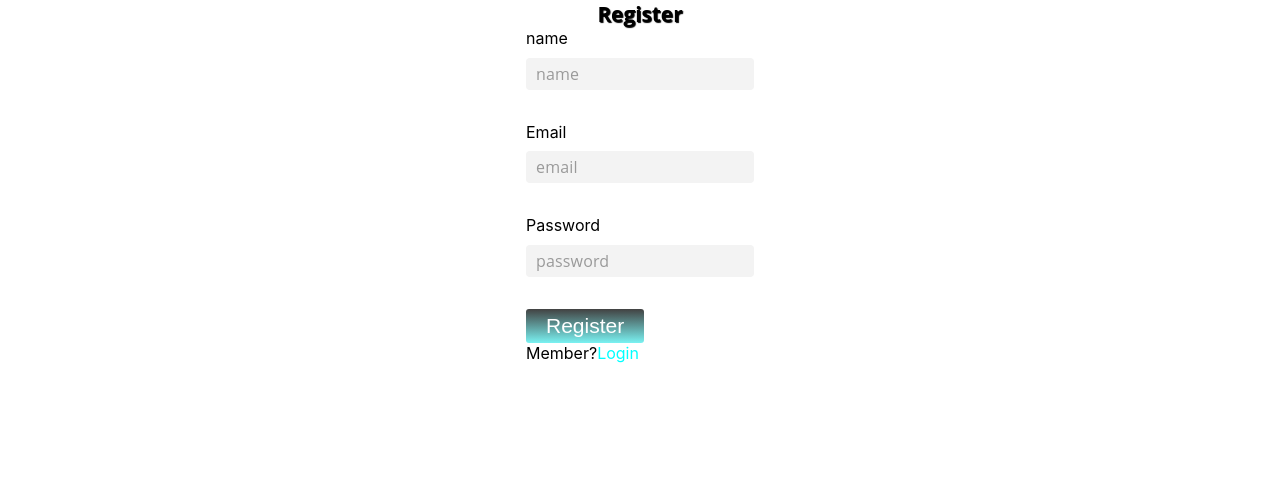
Repository: CSituma/React-Express-Form-Logic
Page: /register (app in client/)
An editor plug-in stored every save of this project. The page is shown before and after the next save, followed by the edit.
The browser window is 1280 px wide. The pictures show the whole page.
The project was rebuilt for these pictures with package versions that can differ from the ones it lists, and the page was loaded fresh each time. Also part of the build but not shown: client/src/components/login/login.jsx, client/src/components/login/dashboard.jsx.

Above is the page before, as saved 2020-11-30 14:49:19.

### client/src/App.jsx
import React from 'react'
import Login from "./components/login/login"
import Dashboard from "./components/login/dashboard"
import Register from "./components/login/register"

import {BrowserRouter as Router, Switch,Route} from "react-router-dom";

const App =()=> {



    return (
      <Router>
        <Switch>

        <Route path='/' exact component={Login}/>
        <Route path='/dashboard' exact component={Dashboard}/>
        <Route path='/register' exact component={Register}/>


       </Switch>
      </Router>
    )

}

export default App;

### client/src/components/login/register.jsx
import React, { Component } from "react";
import "./style.scss";
import axios from "axios";
import {Link} from "react-router-dom"
import {TextField} from "@material-ui/core"



export default class Register extends Component {


state = {
username:"",
usernameerror:"",
email:"",
emailerror:"",
password:"",
passworderror:"",
errors:'',

  }

handleChange = (e) =>{

  this.setState({[e.target.name]:e.target.value})


  }

validatefields = () =>{
  let errors = {}
  let isError = false

  if (!this.state.username.trim()) {
    isError = true;
    errors.username= 'Username is required';
  }
   else if (!/^[A-Za-z]+/.test(this.state.username.trim())) {
     isError = true
    errors.username = 'Enter a valid name';
  }


  if (!this.state.email) {
    isError = true;
    errors.email = 'Email is required';
  }
  else if (!/\S+@\S+\.\S+/.test(this.state.email)) {
    isError = true;
    errors.email = 'Email address is invalid';
  }

  if (!this.state.password.trim()) {
    isError = true;
    errors.password = 'Password is required';
  }
   else if (this.state.password.length < 6) {
    isError = true;
    errors.password = 'Password needs to be atleast 6 characters';
  }

    if(isError)
    {this.setState(
      {emailerror:errors.email,
      passworderror:errors.password,
      usernameerror:errors.username})}

  return isError;


}
   submit = (e) =>{
    e.preventDefault();

   const error = this.validatefields()

   if (!error){
    const payload = {
       username:this.state.username,
      email:this.state.email,
      password:this.state.password,

    }

  axios({
    url: '/api/login/loginuser',
    method: 'POST',
    data: payload
  })
    .then(()=> {
      console.log('user has been sent to the server')
      this.delete();
    })
    .catch(err => {
      console.log(err.message);
    });
    }
   }

  delete = () => {
    this.setState({
      name: '',
      email:'',
      password: '',
    });
  };

  render() {
  console.log(this.state)

    return (
      <div className="form-container">
        <div className="header">Register</div>
        <div className="content">
          <form className="form" onSubmit = {this.submit} >
            <div className="form-group">
              <label htmlFor="name">name</label>
              <TextField
               type="text" name="username"
               value = {this.state.username}
               onChange={this.handleChange} placeholder="name"
               InputProps={{ disableUnderline: true }}
               error
               helperText
               ={this.state.usernameerror}

               />

            </div>

            <div className="form-group">
              <label htmlFor="email">Email</label>
              <TextField
                type="email"
              name="email"placeholder="email"
              autoComplete="true" value= {this.state.email}
               onChange={this.handleChange}
               InputProps={{ disableUnderline: true }}
               error
               helperText
               ={this.state.emailerror} />
            </div>

            <div className="form-group">
              <label htmlFor="password">Password</label>
              < TextField
               type="password"
              name="password"placeholder="password"
               autoComplete="true" value= {this.state.password}
                onChange={this.handleChange}
                InputProps={{ disableUnderline: true }}
                error
                helperText
                ={this.state.passworderror}/>
            </div>


             <button className="btn">Register </button>


          </form>
          <div className="toggler">
            Member?
          <Link to ="./">Login</Link>
          </div>
        </div>



      </div>
    );
    }
}

### client/src/components/login/style.scss
.form-container {
  width:100%;
  display: flex;
  height:400px;
  flex-direction: column;
  align-items: center;
  margin: 0;

  .header {
    font-size: 1.3rem;
    margin-top: 0;
    font-weight:bold;
    text-shadow:1px 1px 1px black;
    font-family: "Open Sans", sans-serif;
  }

  .content {
    display: flex;
    flex-direction: column;

    .image {
      width:150px;
      img {
        max-width: 100%;
      }
    }

    .form {
      align-items: center;
      .form-group {
        display: flex;
        flex-direction: column;
        align-items: flex-start;
        width: fit-content;
        label {
          font-size:1rem;
        }
        input {
          margin-top:0.6rem;
          max-width:20em;
          height:2rem;
          padding: 0px 10px;
          font-size: 1rem;
          font-family: "Open Sans", sans-serif;
          background-color: #f3f3f3;
          border: 0;
          border-radius: 4px;
          margin-bottom:2rem;
          transition: all 250ms ease-in-out;


          &:focus {
            outline: none;
            box-shadow: 0px 0px 12px 0.8px rgba(0, 0, 0, 0.356);
          }
        }
      }
    }
  }

  .footer {
    margin-top:1em;
  }
}

//Button
.btn {
  font-size: 21px;
  margin-top:0;
  padding: 5px 20px;
  border: 0;
  background:linear-gradient(rgba(0, 0, 0, 0.74),rgba(64, 236, 236, 0.698));
  color: #fff;
  border-radius: 3px;
  transition: all 250ms ease-in-out;
  cursor: pointer;
  &:hover {
    transition: 2s;
    background:black;
  }
  &:focus {
    outline: none;
  }
}
.toggler a{
text-decoration: none;
color:aqua;
}

Loaded but not shown: client/public/index.html (common file); client/src/index.js (common file); client/src/index.css (common file); client/src/reportWebVitals.js (common file)

After the next save:
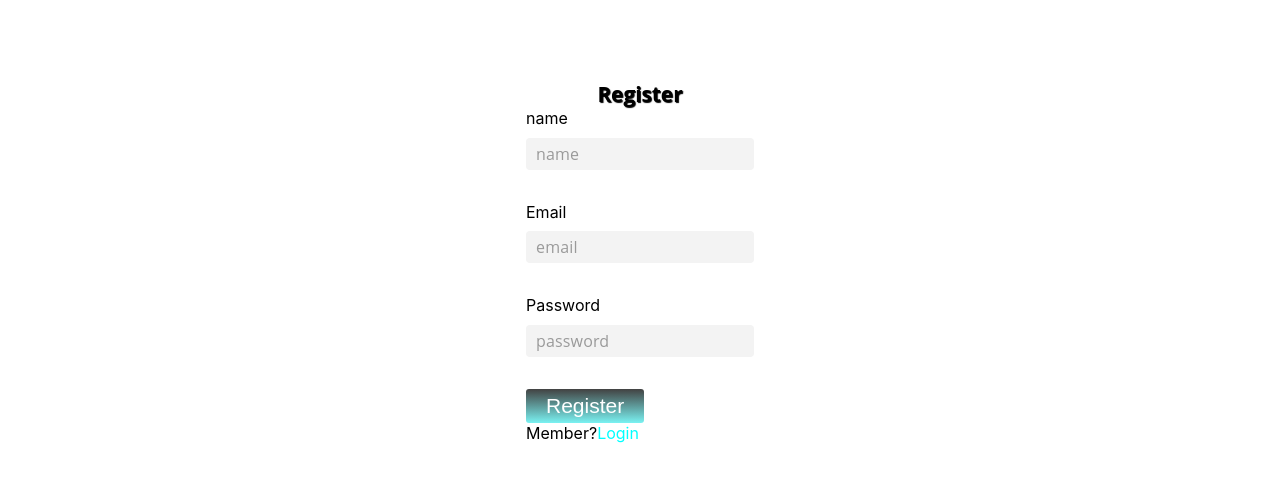
Saved 2 min 26 s later.
--- a/client/src/components/login/style.scss
+++ b/client/src/components/login/style.scss
@@ -4,7 +4,7 @@
   height:400px;
   flex-direction: column;
   align-items: center;
-  margin: 0;
+  margin-top:5em;
 
   .header {
     font-size: 1.3rem;
